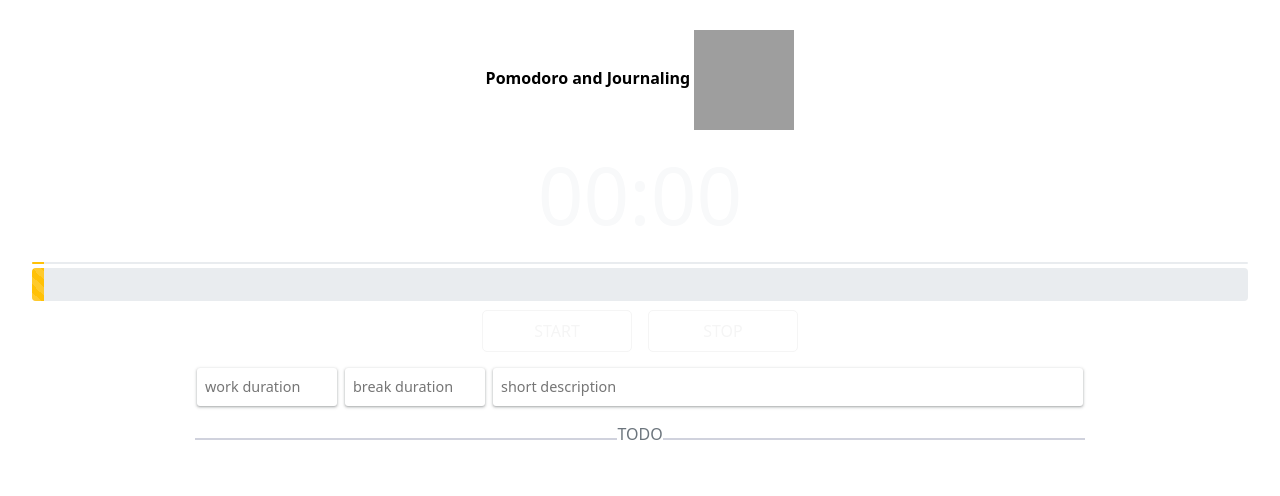
Repository: Lucid-art/Team-8-Project
Page: templates/pomodoro.html
An editor plug-in stored every save of this project. The page is shown before and after the next save, followed by the edit.
The browser window is 1280 px wide. The pictures show the whole page.
Pictures or frames that could not be fetched are drawn as grey boxes. Some web libraries are served in a nearby version.

Above is the page before, as saved 2021-06-09 18:41:08.
Console error: TypeError: Cannot read properties of null (reading 'addEventListener')

After the next save:
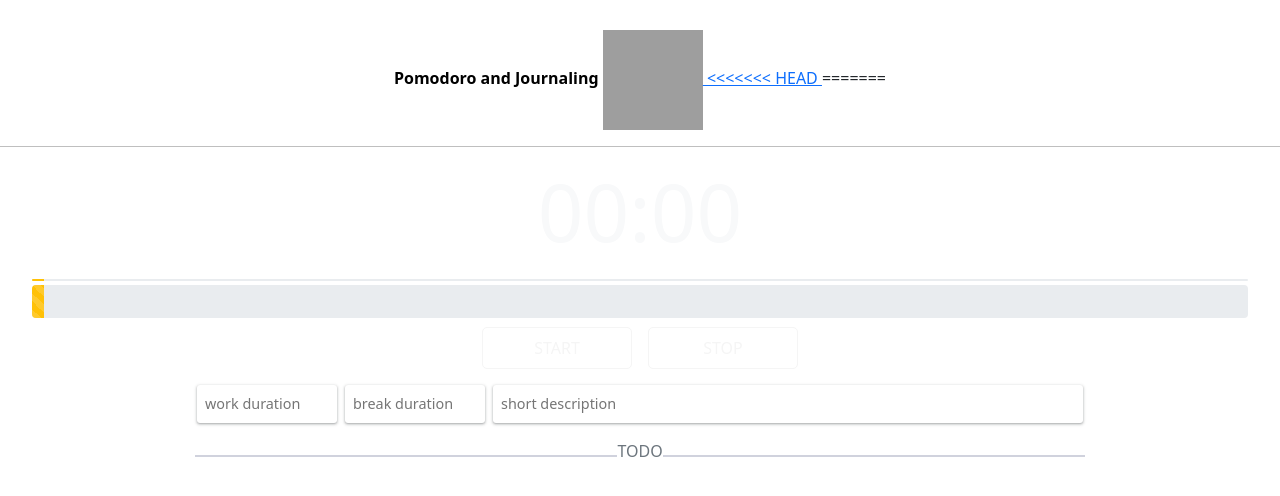
Saved 12 h 38 min later.
--- a/templates/pomodoro.html
+++ b/templates/pomodoro.html
@@ -19,8 +19,12 @@
     <div id = "main">
         <p><b id= "bold">Pomodoro and Journaling</b>  <a href = "/entryType">
             <img alt="/entryType" src="https://www.clipartmax.com/png/small/46-466028_around-the-library-books-circle-icon-png.png" width= "100" height= "100">
+<<<<<<< HEAD
         </a>
      <!-- </p><hr width = "400"> -->
+=======
+        </a>    </p><hr>
+
     </div>
 
         <!-- Header -->
